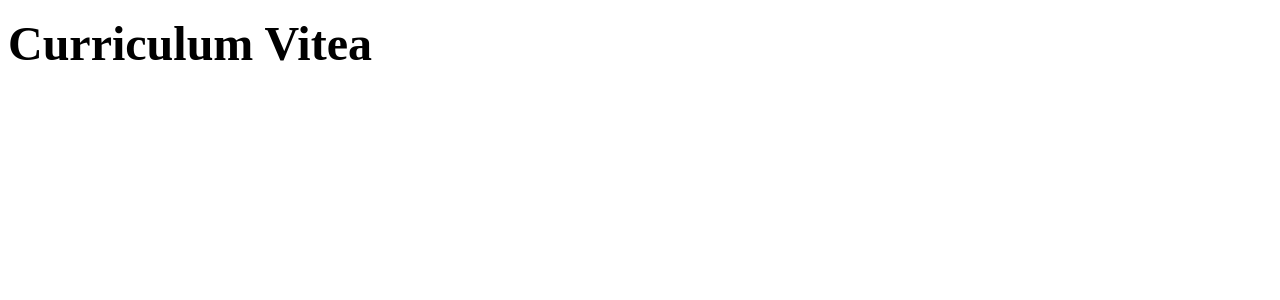
Repository: aysedo/html
Page: Week_2/profile/index.html
An editor plug-in stored every save of this project. The page is shown before and after the next save, followed by the edit.
The browser window is 1280 px wide. The pictures show the whole page.

Above is the page before, as saved 2021-08-25 19:55:12.

After the next save:
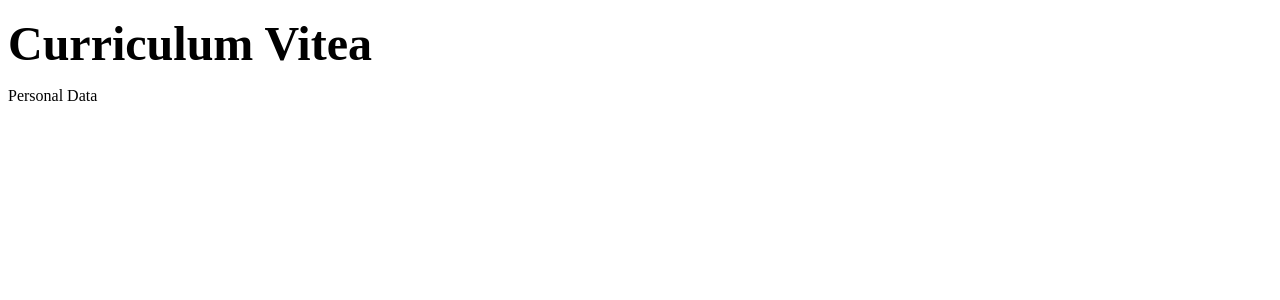
Saved 2 min 6 s later.
--- a/Week_2/profile/index.html
+++ b/Week_2/profile/index.html
@@ -7,15 +7,9 @@
     <title>Document</title>
   </head>
   <body>
-    <table
-    <tr>
-      <td>
-      </td>
-    </tr>
     <titel>
-      <p align="center" ></p><b><font size="11">Curriculum Vitea </font></b></p>
-
-    </titel>
+      <p align="center" ></p><b><font size="11">Curriculum Vitea </font></b></p></titel>
+      <header> Personal Data </header>
     </table>
   </body>
 </html>

After the 2 saves that followed:
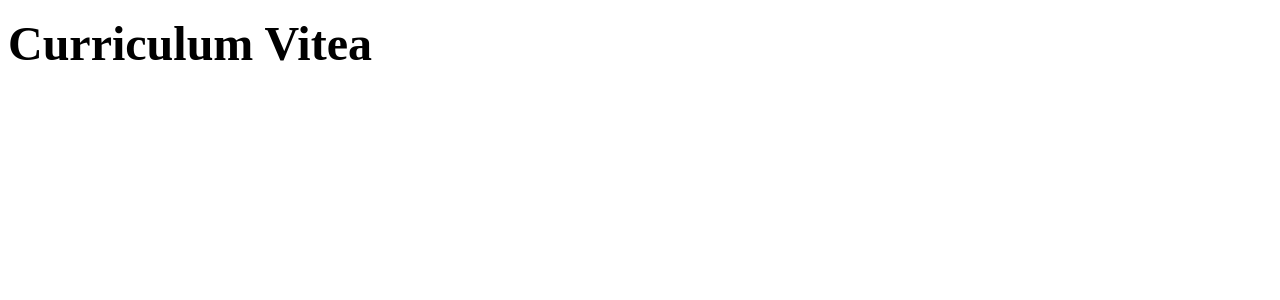
The 2 saves are shown as one change because 1 left the picture as it was.
The last was saved 103 s later.
--- a/Week_2/profile/index.html
+++ b/Week_2/profile/index.html
@@ -9,7 +9,7 @@
   <body>
     <titel>
       <p align="center" ></p><b><font size="11">Curriculum Vitea </font></b></p></titel>
-      <header> Personal Data </header>
+      <p><font size="9"Personal Data</p>
     </table>
   </body>
 </html>
